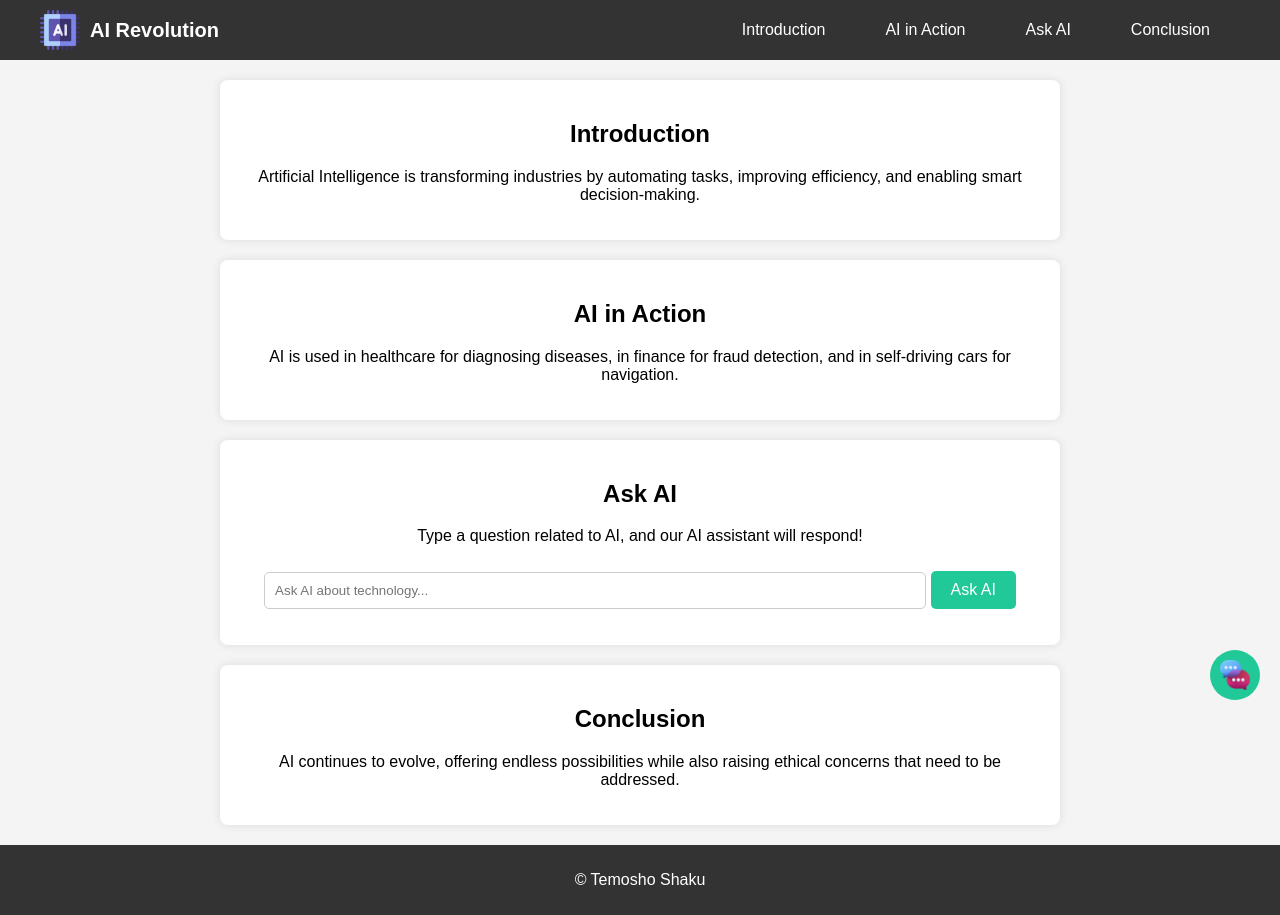
Repository: TemoshoS/ai
Page: index.html
An editor plug-in stored every save of this project. The page is shown before and after the next save, followed by the edit.
The browser window is 1280 px wide. The pictures show the whole page.

Above is the page before, as saved 2025-02-16 15:36:38.

### index.html
<!DOCTYPE html>
<html lang="en">
<head>
    <meta charset="UTF-8">
    <meta name="viewport" content="width=device-width, initial-scale=1.0">
    <title>AI Revolution</title>
    <link rel="stylesheet" href="styles.css">
</head>
<body>

    <nav>
        <div class="nav-container">
            <div class="logo">
                <img src="./ai.png" alt="AI Logo">
                <span>AI Revolution</span>
            </div>
            <ul class="nav-links">
                <li><a href="#intro">Introduction</a></li>
                <li><a href="#body">AI in Action</a></li>
                <li><a href="#chatbot">Ask AI</a></li>
                <li><a href="#conclusion">Conclusion</a></li>
            </ul>
        </div>
    </nav>

    <section id="intro">
        <h2>Introduction</h2>
        <p>Artificial Intelligence is transforming industries by automating tasks, improving efficiency, and enabling smart decision-making.</p>
    </section>

    <section id="body">
        <h2>AI in Action</h2>
        <p>AI is used in healthcare for diagnosing diseases, in finance for fraud detection, and in self-driving cars for navigation.</p>
    </section>

    <section id="chatbot">
        <h2>Ask AI</h2>
        <p>Type a question related to AI, and our AI assistant will respond!</p>
        <input type="text" id="userInput" placeholder="Ask AI about technology...">
        <button id="askAI">Ask AI</button>
        <p id="aiResponse"></p>

        <!-- Chat Icon -->
        <div id="chatIcon">
            <img src="./speech-bubble.png" alt="Chat" />
        </div>

        <!-- Chat Box -->
        <div id="chatBox">
            <div class="chat-header">
                <span>AI Chat</span>
                <button id="closeChat">&times;</button>
            </div>
            <div class="chat-body">
                <p>Welcome! Ask me anything.</p>
            </div>
            <input type="text" id="chatInput" placeholder="Type your message...">
            <button id="sendChat">Send</button>
        </div>
    </section>


    <section id="conclusion">
        <h2>Conclusion</h2>
        <p>AI continues to evolve, offering endless possibilities while also raising ethical concerns that need to be addressed.</p>
    </section>

    <footer>
        <p>&copy; Temosho Shaku</p>
    </footer>

    <script src="script.js"></script>
</body>
</html>

### styles.css
body {
    font-family: Arial, sans-serif;
    margin: 0;
    padding: 0;
    background-color: #f4f4f4;
    text-align: center;
}

/* NAVIGATION BAR */
nav {
    background: #333;
    padding: 10px 20px;
}

.nav-container {
    display: flex;
    justify-content: space-between;
    align-items: center;
    max-width: 1200px;
    margin: auto;
}

.logo {
    display: flex;
    align-items: center;
}

.logo img {
    width: 40px;
    height: 40px;
    margin-right: 10px;
}

.logo span {
    font-size: 20px;
    color: white;
    font-weight: bold;
}

.nav-links {
    list-style: none;
    display: flex;
    margin: 0;
    padding: 0;
}

.nav-links li {
    margin: 0 15px;
}

.nav-links li a {
    color: white;
    text-decoration: none;
    padding: 10px 15px;
    display: block;
}

.nav-links li a:hover {
    background-color: #20C997;
    border-radius: 5px;
}

/* CONTENT */
section {
    padding: 20px;
    max-width: 800px;
    margin: auto;
    background: white;
    margin-top: 20px;
    border-radius: 8px;
    box-shadow: 0px 0px 10px rgba(0, 0, 0, 0.1);
}

/* AI CHAT */
input {
    padding: 10px;
    width: 80%;
    border: 1px solid #ccc;
    border-radius: 5px;
    margin-top: 10px;
}

button {
    background-color: #20C997;
    color: white;
    padding: 10px 20px;
    border: none;
    font-size: 16px;
    cursor: pointer;
    margin-top: 10px;
    border-radius: 5px;
}

button:hover {
    background-color: #17a589;
}

#aiResponse {
    font-weight: bold;
    color: #333;
    margin-top: 15px;
}
/* Chat Icon */
#chatIcon {
    position: fixed;
    bottom: 20px;
    right: 20px;
    background-color: #20C997;
    width: 50px;
    height: 50px;
    border-radius: 50%;
    display: flex;
    justify-content: center;
    align-items: center;
    cursor: pointer;
}

#chatIcon img {
    width: 30px;
    height: 30px;
}

/* Chat Box */
#chatBox {
    position: fixed;
    bottom: 80px;
    right: 20px;
    width: 300px;
    background: white;
    box-shadow: 0px 0px 10px rgba(0, 0, 0, 0.2);
    border-radius: 8px;
    display: none;
    flex-direction: column;
}

.chat-header {
    background: #20C997;
    color: white;
    padding: 10px;
    display: flex;
    justify-content: space-between;
    align-items: center;
    font-weight: bold;
}

.chat-header button {
    background: none;
    border: none;
    color: white;
    font-size: 20px;
    cursor: pointer;
}

.chat-body {
    padding: 10px;
    max-height: 200px;
    overflow-y: auto;
}

#chatInput {
    width: 80%;
    padding: 10px;
    border: 1px solid #ccc;
    border-radius: 5px;
    margin: 10px;
}

#sendChat {
    background-color: #20C997;
    color: white;
    padding: 10px;
    border: none;
    cursor: pointer;
    border-radius: 5px;
}


/* FOOTER */
footer {
    margin-top: 20px;
    background-color: #333;
    color: white;
    padding: 10px;
}

### script.js
document.getElementById("chatIcon").addEventListener("click", function () {
    document.getElementById("chatBox").style.display = "flex";
});

document.getElementById("closeChat").addEventListener("click", function () {
    document.getElementById("chatBox").style.display = "none";
});

document.getElementById("askAI").addEventListener("click", function () {
    let userInput = document.getElementById("userInput").value.trim();

    if (!userInput) {
        alert("Please enter a question!");
        return;
    }

    document.getElementById("aiResponse").innerText = "Thinking...";

    setTimeout(() => {
        let fakeResponses = [
            "AI helps automate repetitive tasks.",
            "Machine learning enables computers to learn from data.",
            "AI is used in chatbots, self-driving cars, and healthcare.",
            "AI raises ethical concerns, including bias and job automation.",
            "AI can improve cybersecurity by detecting threats."
        ];

        let randomResponse = fakeResponses[Math.floor(Math.random() * fakeResponses.length)];

        document.getElementById("aiResponse").innerText = randomResponse;
    }, 1500);
});

After the next save:
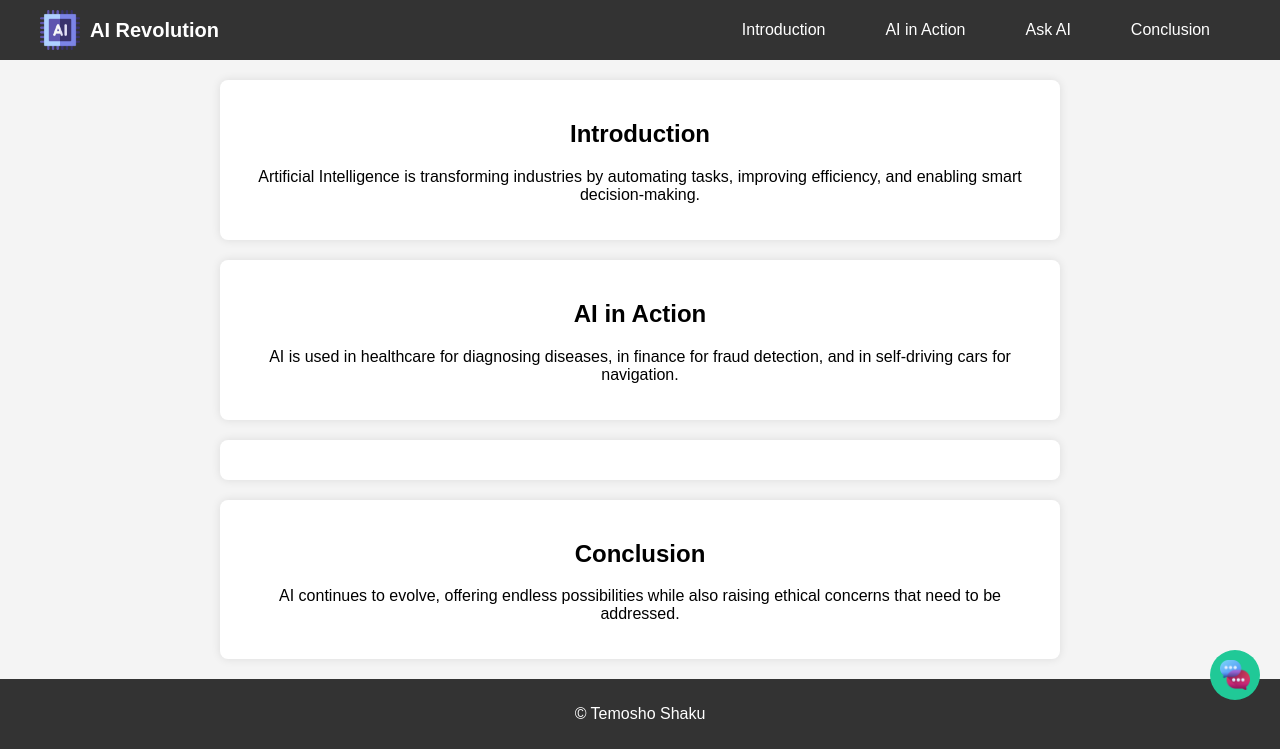
Console error: TypeError: Cannot read properties of null (reading 'addEventListener')
Saved 4 min 6 s later.
--- a/index.html
+++ b/index.html
@@ -34,11 +34,7 @@
     </section>
 
     <section id="chatbot">
-        <h2>Ask AI</h2>
-        <p>Type a question related to AI, and our AI assistant will respond!</p>
-        <input type="text" id="userInput" placeholder="Ask AI about technology...">
-        <button id="askAI">Ask AI</button>
-        <p id="aiResponse"></p>
+
 
         <!-- Chat Icon -->
         <div id="chatIcon">
